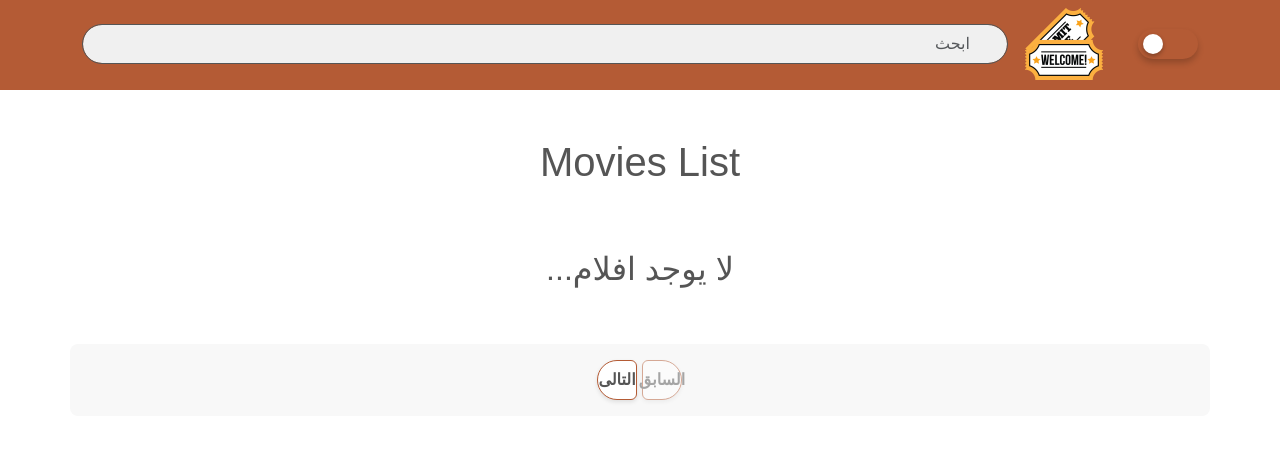
Repository: kerlos-alfy/Movie-List
Page: /
These files come from the project's save history. The page is drawn as it stood at one moment and after the next save; the edit follows.
The browser window is 1280 px wide. The pictures show the whole page.
The page's requests for data from a server got no answer. The project was rebuilt for these pictures with package versions that can differ from the ones it lists, and the page was loaded fresh each time. No one was signed in, and anything a server would have sent is missing. Also part of the build but not shown: vite.config.js, src/App.css, src/components/CardMovie.jsx.

Above is the page before, as saved 2025-01-16 05:17:58.

### index.html
<!DOCTYPE html>
<html lang="ar" dir="rtl">
	<head>
		<meta charset="UTF-8" />
		<link rel="icon" type="image/svg+xml" href="https://www.svgrepo.com/show/289436/movies-clapperboard.svg" />
		<link
			rel="stylesheet"
			href="https://cdn.jsdelivr.net/npm/bootstrap@5.3.3/dist/css/bootstrap.min.css"
			integrity="sha384-QWTKZyjpPEjISv5WaRU9OFeRpok6YctnYmDr5pNlyT2bRjXh0JMhjY6hW+ALEwIH"
			crossorigin="anonymous" />
		<meta name="viewport" content="width=device-width, initial-scale=1.0" />
		<title>Movies List</title>
	</head>
	<body>
		<div id="root"></div>
		<script type="module" src="/src/main.jsx"></script>
	</body>
</html>

### src/index.css
/* المتغيرات العامة */
:root {
	--background-color: white;
	--text-color: #555555;
	--primary-color: #b45b35;
	--card-background: #f8f8f8;
	--overlay-background: #393839;
}

/* الوضع الداكن */
.dark-mode {
	--background-color: #121212;
	--text-color: #f0f0f0;
	--primary-color: #ff6f61;
	--card-background: #1e1e1e;
	--overlay-background: #333333;
}

/* أنماط عامة */
body {
	margin: 0;
	background-color: var(--background-color);
	color: var(--text-color);
}

.color-body {
	background-color: var(--background-color);
	height: 100vh;
}

.nav-style {
	height: 90px;
	width: 1440px;
	background-color: var(--primary-color);
}

.logo {
	height: 72px;
	width: 78px;
}

.search {
	position: relative;
}

.search input {
	height: 40px;
	text-indent: 25px;
	border-radius: 20px;
	border: 1px solid var(--text-color);
	background-color: #f0f0f0;
	color: var(--text-color);
}

.search input:focus {
	box-shadow: none;
	border: 2px solid var(--primary-color);
}

.search .fa-search {
	position: absolute;
	top: 12px;
	left: 16px;
	color: var(--text-color);
}

.card {
	position: relative;
	transition: all 0.5s ease-in;
	cursor: pointer;
	height: 375px;
}

.card__image {
	display: block;
	width: 100%;
	height: 100%;
	border-radius: 5px;
}

.card__overlay {
	position: absolute;
	top: 0;
	bottom: 0;
	left: 0;
	right: 0;
	height: 100%;
	width: 100%;
	opacity: 0;
	visibility: none;
	transition: 0.5s ease;
	background-color: var(--overlay-background);
}

.card:hover .card__overlay {
	opacity: 0.8;
}

.overlay__text {
	color: var(--text-color);
	font-size: 16px;
	font-weight: bold;
	position: absolute;
	top: 50%;
	left: 50%;
	-webkit-transform: translate(-50%, -50%);
	-ms-transform: translate(-50%, -50%);
	transform: translate(-50%, -50%);
}

.font {
	font-family: "Almarai", sans-serif;
	font-family: "Cairo", sans-serif;
}

.color {
	color: var(--primary-color);
	background-color: var(--primary-color);
}

.card-detalis {
	height: 370px;
	border-radius: 20px;
	background-color: var(--card-background);
}

.card-story {
	height: 300px;
	border-radius: 20px;
	background-color: var(--card-background);
}

.img-movie {
	height: 360px;
	padding: 10px;
	border-radius: 20px;
}

.card-text-details {
	color: var(--text-color);
	font-family: Almarai;
	font-size: 28px;
	font-weight: bold;
	letter-spacing: 0;
	line-height: 49px;
}

.card-text-story {
	color: var(--text-color);
	font-family: Almarai;
	font-size: 18px;
	letter-spacing: 0;
	line-height: 32px;
}

.card-text-title {
	color: var(--text-color);
	font-family: Almarai;
	font-size: 36px;
	font-weight: bold;
	letter-spacing: 0;
	line-height: 49px;
}

.toggle-btn {
	position: relative;
	width: 60px;
	height: 30px;
	background-color: var(--primary-color);
	border-radius: 15px;
	cursor: pointer;
	transition: background-color 0.3s ease-in-out;
	display: flex;
	align-items: center;
	padding: 5px;
	box-shadow: 0 4px 6px rgba(0, 0, 0, 0.2);
}

.toggle-btn::before {
	content: "";
	position: absolute;
	top: 50%;
	left: 5px;
	width: 20px;
	height: 20px;
	background-color: #fff;
	border-radius: 50%;
	transform: translateY(-50%);
	transition: all 0.3s ease-in-out;
	box-shadow: 0 2px 4px rgba(0, 0, 0, 0.3);
}

.toggle-btn.dark {
	background-color: #555;
}

.toggle-btn.dark::before {
	left: 35px;
}
.pagination {
	background-color: var(--card-background, #f8f8f8); /* خلفية الجزء الخارجي */
	padding: 10px;
	border-radius: 8px;
	display: flex;
	justify-content: center;
	align-items: center;
	gap: 5px;
}

.pagination .page-item {
	list-style: none;
}

.pagination .page-link {
	background-color: var(--background-color, white); /* لون الخلفية */
	color: var(--text-color, #555555); /* لون النص */
	border: 1px solid var(--primary-color, #b45b35); /* لون الإطار */
	border-radius: 50%; /* شكل دائري للأزرار */
	width: 40px;
	height: 40px;
	display: flex;
	align-items: center;
	justify-content: center;
	font-weight: bold;
	transition: all 0.3s ease-in-out;
	box-shadow: 0 2px 4px rgba(0, 0, 0, 0.1); /* ظل خفيف */
}

.pagination .page-link:hover {
	background-color: var(--primary-color, #b45b35); /* لون الخلفية عند التمرير */
	color: var(--background-color, white); /* لون النص عند التمرير */
	box-shadow: 0 4px 6px rgba(0, 0, 0, 0.2);
}

.pagination .page-item.active .page-link {
	background-color: var(--primary-color, #b45b35); /* لون الخلفية للأزرار النشطة */
	color: var(--background-color, white); /* لون النص */
	border-color: var(--primary-color, #b45b35);
	font-weight: bold;
}

.pagination .page-link:focus {
	outline: none;
	box-shadow: 0 0 0 2px var(--overlay-background, #393839); /* تأثير التركيز */
}

.pagination .page-item.disabled .page-link {
	opacity: 0.5;
	pointer-events: none; /* تعطيل الأزرار */
}

### src/App.jsx
import "./App.css";
import { Container } from "react-bootstrap";
import NavBar from "./components/NavBar";
import MoviesList from "./components/MoviesList";
import axios from "axios";
import { useState, useEffect } from "react";
function App() {
	const [movies, setMovies] = useState([]);
	const [pageCount, setPageCount] = useState(0);
	const getAllMovies = async () => {
		const res = await axios.get("https://api.themoviedb.org/3/movie/popular?api_key=3ac2c05f95f92e69875f1b70453ca0cd&language=ar");
		setMovies(res.data.results);
		setPageCount(res.data.total_pages);
	};
	const search = async (word) => {
		if (word === "") {
			getAllMovies();
		} else {
			const res = await axios.get(`https://api.themoviedb.org/3/search/movie?api_key=3ac2c05f95f92e69875f1b70453ca0cd&query=${word}&language=ar`);
			setMovies(res.data.results);
			setPageCount(res.data.total_pages);
		}
	};

	//get current page
	const getPage = async (page) => {
		const res = await axios.get(`https://api.themoviedb.org/3/movie/popular?api_key=3ac2c05f95f92e69875f1b70453ca0cd&language=ar&page=${page}`);
		setMovies(res.data.results);
		setPageCount(res.data.total_pages);
	};

	useEffect(() => {
		getAllMovies();
	}, []);
	return (
		<div className="font color-body">
			<NavBar search={search} />
			<Container>
				<h1 className="text-center mt-5">Movies List</h1>
				<MoviesList movies={movies} pageCount={pageCount} getPage={getPage} />
			</Container>
		</div>
	);
}

export default App;

### src/components/NavBar.jsx
/* eslint-disable react/prop-types */
import { Container, Row, Col } from "react-bootstrap";
import DarkModeToggle from "./DarkModeToggle";

function NavBar({ search }) {
	const onSearch = (word) => {
		search(word);
	};
	return (
		<div className="nav-style w-100">
			<Container>
				<Row className="pt-2">
					{/* زر الوضع الداكن */}
					<Col xs="2" lg="1" className="d-flex align-items-center">
						<DarkModeToggle />
					</Col>

					{/* الشعار */}
					<Col xs="2" lg="1" className="d-flex align-items-center">
						<a href="/">
							<img className="logo" src="logo.png" alt="Logo" />
						</a>
					</Col>

					{/* مربع البحث */}
					<Col xs="8" lg="10" className="d-flex align-items-center">
						<div className="search w-100">
							<i className="fa fa-search"></i>
							<input
								onChange={(e) => {
									onSearch(e.target.value);
								}}
								type="text"
								className="form-control"
								placeholder="ابحث"
							/>
						</div>
					</Col>
				</Row>
			</Container>
		</div>
	);
}

export default NavBar;

### src/components/MoviesList.jsx
/* eslint-disable react/prop-types */
import { Row } from "react-bootstrap";
import CardMovie from "./CardMovie";
import PaginationComponent from "./Pagination";
function MoviesList({ movies, pageCount, getPage }) {
	return (
		<Row className="mt-3">
			{movies.length >= 1 ? (
				movies.map((mov) => {
					return <CardMovie key={mov.id} mov={mov} />;
				})
			) : (
				<h2 className="text-center p-5">لا يوجد افلام...</h2>
			)}
			<PaginationComponent pageCount={pageCount} getPage={getPage} />
		</Row>
	);
}

export default MoviesList;

### src/components/DarkModeToggle.jsx
import { useState, useEffect } from "react";
function DarkModeToggle() {
	const [isDarkMode, setIsDarkMode] = useState(() => {
		return localStorage.getItem("dark-mode") === "true" || false;
	});

	useEffect(() => {
		if (isDarkMode) {
			document.body.classList.add("dark-mode");
		} else {
			document.body.classList.remove("dark-mode");
		}
		localStorage.setItem("dark-mode", isDarkMode);
	}, [isDarkMode]);

	return <div className={`toggle-btn ${isDarkMode ? "dark" : ""}`} onClick={() => setIsDarkMode(!isDarkMode)}></div>;
}

export default DarkModeToggle;

### src/components/Pagination.jsx
/* eslint-disable react/prop-types */
import ReactPaginate from "react-paginate";
import { Pagination } from "react-bootstrap";

function PaginationComponent({ pageCount, getPage }) {
	const handlePageClick = (data) => {
		getPage(data.selected + 1);
	};
	return (
		<ReactPaginate
			breakLabel="..."
			nextLabel="التالى"
			onPageChange={handlePageClick}
			marginPagesDisplayed={2}
			pageRangeDisplayed={2}
			pageCount={pageCount}
			previousLabel="السابق"
			containerClassName={"pagination justify-content-center p-3"}
			pageClassName={"page-item"}
			pageLinkClassName={"page-link"}
			previousClassName={"page-item"}
			nextClassName={"page-item"}
			previousLinkClassName={"page-link"}
			nextLinkClassName={"page-link"}
			breakClassName={"page-item"}
			breakLinkClassName={"page-link"}
			activeClassName={"active"}
		/>
	);
}

export default PaginationComponent;

Loaded but not shown: src/main.jsx (common file)

After the next save:
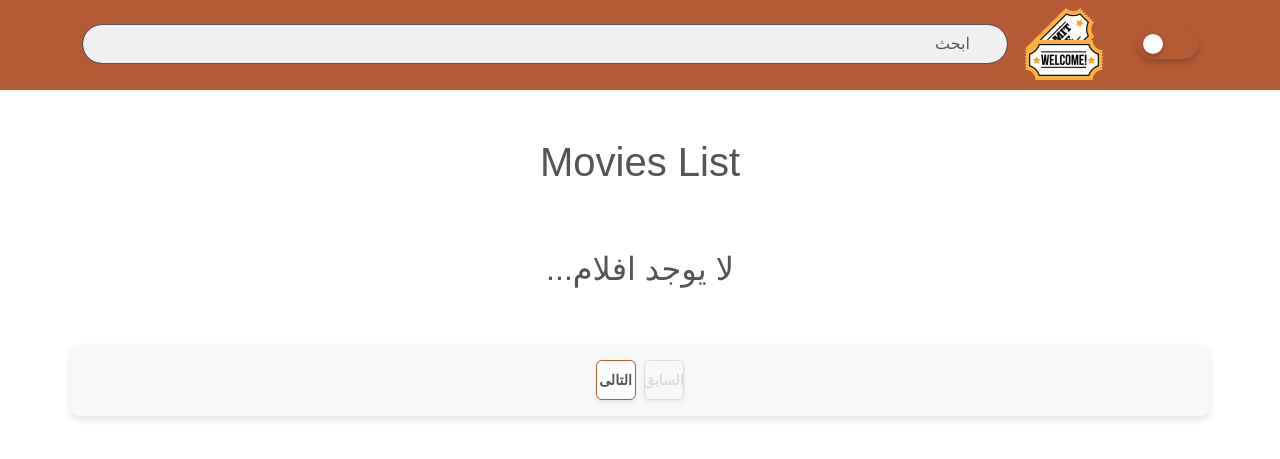
Saved 59 s later.
--- a/src/index.css
+++ b/src/index.css
@@ -197,14 +197,16 @@ body {
 .toggle-btn.dark::before {
 	left: 35px;
 }
+
 .pagination {
-	background-color: var(--card-background, #f8f8f8); /* خلفية الجزء الخارجي */
-	padding: 10px;
-	border-radius: 8px;
 	display: flex;
 	justify-content: center;
 	align-items: center;
-	gap: 5px;
+	gap: 8px; /* مسافة بين الأزرار */
+	padding: 10px;
+	background-color: var(--card-background, #f8f8f8);
+	border-radius: 10px;
+	box-shadow: 0 4px 6px rgba(0, 0, 0, 0.1); /* ظل خفيف للخلفية */
 }
 
 .pagination .page-item {
@@ -212,39 +214,45 @@ body {
 }
 
 .pagination .page-link {
-	background-color: var(--background-color, white); /* لون الخلفية */
+	background-color: var(--background-color, white); /* خلفية الزر */
 	color: var(--text-color, #555555); /* لون النص */
-	border: 1px solid var(--primary-color, #b45b35); /* لون الإطار */
-	border-radius: 50%; /* شكل دائري للأزرار */
+	border: 1px solid var(--primary-color, #b45b35); /* الإطار */
+	border-radius: 6px; /* حواف مستديرة */
 	width: 40px;
 	height: 40px;
 	display: flex;
+	justify-content: center;
 	align-items: center;
-	justify-content: center;
-	font-weight: bold;
+	font-weight: bold;
+	font-size: 14px;
 	transition: all 0.3s ease-in-out;
-	box-shadow: 0 2px 4px rgba(0, 0, 0, 0.1); /* ظل خفيف */
+	box-shadow: 0 2px 4px rgba(0, 0, 0, 0.1); /* ظل خفيف للأزرار */
 }
 
 .pagination .page-link:hover {
-	background-color: var(--primary-color, #b45b35); /* لون الخلفية عند التمرير */
-	color: var(--background-color, white); /* لون النص عند التمرير */
-	box-shadow: 0 4px 6px rgba(0, 0, 0, 0.2);
+	background-color: var(--primary-color, #b45b35);
+	color: var(--background-color, white);
+	transform: scale(1.1); /* تكبير بسيط عند التمرير */
+	box-shadow: 0 4px 8px rgba(0, 0, 0, 0.2); /* ظل أقوى عند التمرير */
 }
 
 .pagination .page-item.active .page-link {
-	background-color: var(--primary-color, #b45b35); /* لون الخلفية للأزرار النشطة */
-	color: var(--background-color, white); /* لون النص */
+	background-color: var(--primary-color, #b45b35); /* لون الأزرار النشطة */
+	color: var(--background-color, white);
 	border-color: var(--primary-color, #b45b35);
 	font-weight: bold;
+	box-shadow: 0 3px 6px rgba(0, 0, 0, 0.15);
+}
+
+.pagination .page-item.disabled .page-link {
+	background-color: var(--card-background, #f8f8f8);
+	color: #cccccc;
+	border: 1px solid #cccccc;
+	pointer-events: none;
+	opacity: 0.6; /* تأثير تعتيم للأزرار المعطلة */
 }
 
 .pagination .page-link:focus {
 	outline: none;
-	box-shadow: 0 0 0 2px var(--overlay-background, #393839); /* تأثير التركيز */
-}
-
-.pagination .page-item.disabled .page-link {
-	opacity: 0.5;
-	pointer-events: none; /* تعطيل الأزرار */
-}
+	box-shadow: 0 0 0 3px var(--overlay-background, #393839); /* تأثير التركيز */
+}
